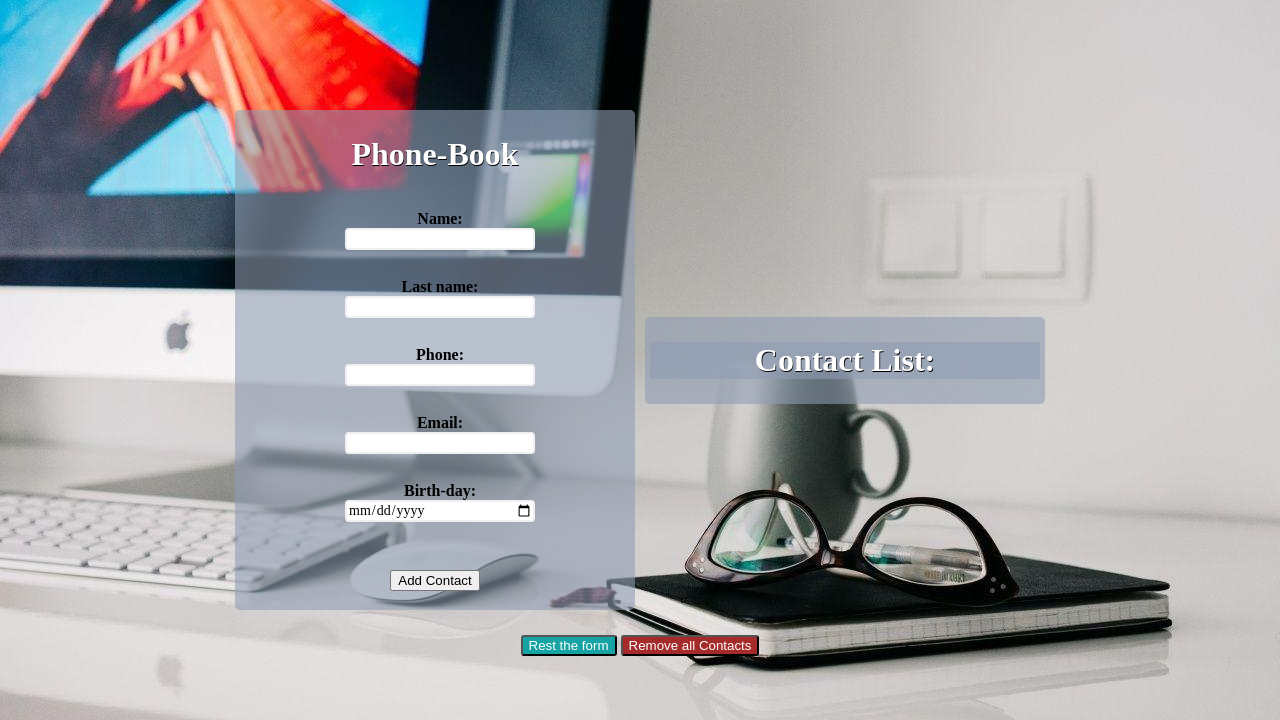
Repository: STA1357/Phone-book
Page: Inner.html
These files come from the project's save history. The page is drawn as it stood at one moment and after the next save; the edit follows.
The browser window is 1280 px wide. The pictures show the whole page.

Above is the page before, as saved 2020-12-12 17:55:42.

After the next save:
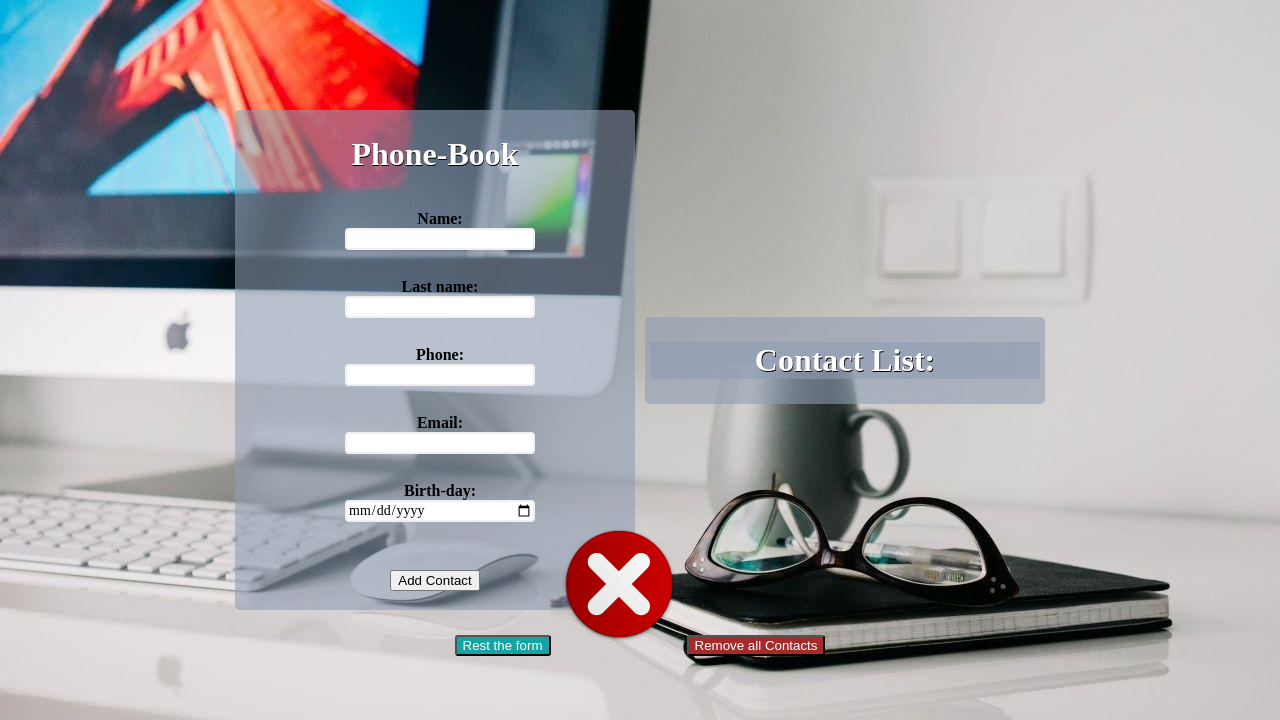
Saved 6 min 26 s later.
--- a/Inner.html
+++ b/Inner.html
@@ -66,6 +66,7 @@
 
 <div class="clearBook">
     <button id="restBtn" class="restBtn">Rest the form</button>
+    <img src="./delete.png" class="delete-png">
     <button id="clearBookBtn" class="clearBookBtn" onclick="removeAll()">Remove all Contacts</button>
 </div>
 
